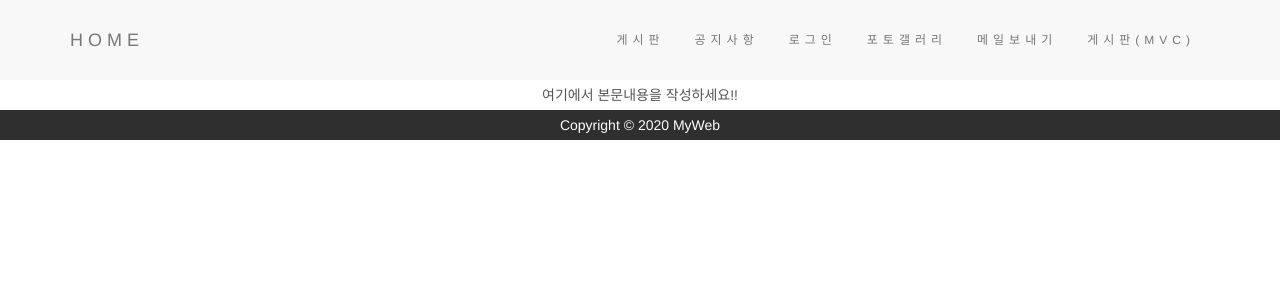
Repository: wlsgml0156/basicJava
Page: http://localhost/myweb/bbs2/bbsList.jsp
These files come from the project's save history. The page is drawn as it stood at one moment and after the next save; the edit follows.
The browser window is 1280 px wide. The pictures show the whole page.
The page is served by Tomcat 9. Other server files are loaded and not shown.

Above is the page before, as saved 2020-02-03 01:52:14.

### myweb/WebContent/bbs2/bbsList.jsp
<%@ page contentType="text/html; charset=UTF-8"%>
<%@ include file="../header.jsp"%>
<!-- 본문시작 -->
   여기에서 본문내용을 작성하세요!!
<!-- 본문끝 -->
<%@ include file="../footer.jsp"%>

### myweb/WebContent/header.jsp
<%@ page contentType="text/html; charset=UTF-8"%>
<%@ taglib prefix="c"  uri="http://java.sun.com/jsp/jstl/core"%>
<%@ taglib prefix="fn" uri="http://java.sun.com/jsp/jstl/functions"%>
<!DOCTYPE html>
<html lang="ko">
<head>
  <title>My Web</title>
  <meta charset="utf-8">
  <meta name="viewport" content="width=device-width, initial-scale=1">
  <link rel="stylesheet" href="https://maxcdn.bootstrapcdn.com/bootstrap/3.4.1/css/bootstrap.min.css">
  <link href="https://fonts.googleapis.com/css?family=Montserrat" rel="stylesheet">
  <script src="https://ajax.googleapis.com/ajax/libs/jquery/3.4.1/jquery.min.js"></script>
  <script src="https://maxcdn.bootstrapcdn.com/bootstrap/3.4.1/js/bootstrap.min.js"></script>

  <!-- CSS, JS import -->
  <link rel="stylesheet" href="../css/mystyle.css">
  <script src="../js/myscript.js"></script>

  <style>
  </style>
</head>
<body>

<!-- 메인카테고리 시작 -->
<nav class="navbar navbar-default">
  <div class="container">
    <div class="navbar-header">
      <button type="button" class="navbar-toggle" data-toggle="collapse" data-target="#myNavbar">
        <span class="icon-bar"></span>
        <span class="icon-bar"></span>
        <span class="icon-bar"></span>
      </button>
      <a class="navbar-brand" href="<%=request.getContextPath()%>/index.jsp">HOME</a>
    </div>
    <div class="collapse navbar-collapse" id="myNavbar">
      <ul class="nav navbar-nav navbar-right">
        <li><a href="../bbs/bbsList.jsp">게시판</a></li>
        <li><a href="../notice/noticeList.jsp">공지사항</a></li>
        <li><a href="../member/loginForm.jsp">로그인</a></li>
        <li><a href="../pds/pdsList.jsp">포토갤러리</a></li>
        <li><a href="../mail/mailForm.jsp">메일보내기</a></li>
        <li><a href="../bbs2/bbslist.do">게시판(MVC)</a></li>
      </ul>
    </div>
  </div>
</nav>
<!-- 메인카테고리 끝 -->

<!-- container 시작 -->
<div class="container-fluid bg-3 text-center">
  <div class="row">
    <div class="col-sm-12">

### myweb/WebContent/footer.jsp
<%@ page contentType="text/html; charset=UTF-8"%>

    </div>
  </div>
</div>
<!-- container 끝 -->

<!-- Footer -->
<footer class="container-fluid bg-4 text-center">
  Copyright &copy; 2020 MyWeb
</footer>

</body>
</html>

### myweb/WebContent/css/mystyle.css
/* mystyle.css */
/* 한글인코딩 utf-8 */

body{
      background-color:white;
      margin:0;         /*바깥쪽 여백*/
	  padding:0;        /*안쪽 여백*/
	  color:black;
	  line-height:10px; /*줄간격*/
    }
img  {border:0;}
table{border:0;}

.line{border:1px solid black;}

#myLayer {width:200px;
          height:200px;
		  background:yellow;}

p {font-size: 16px;}

.margin {margin-bottom: 45px;}

.bg-1 {
  background-color: #1abc9c; /* Green */
  color: #ffffff;
}
.bg-2 {
  background-color: red; /* Dark Blue */
  color: #ffffff;
}
.bg-3 {
  background-color: #ffffff; /* White */
  color: #555555;
}
.bg-4 {
  background-color: #2f2f2f; /* Black Gray */
  color: #fff;
}
.container-fluid {
  padding-top: 10px;
  padding-bottom: 10px;
}
.navbar {
  padding-top: 15px;
  padding-bottom: 15px;
  border: 0;
  border-radius: 0;
  margin-bottom: 0;
  font-size: 12px;
  letter-spacing: 5px;
}
.navbar-nav  li a:hover {
  color: #1abc9c !important;
}

### myweb/WebContent/js/myscript.js
/* myscript.js */
/* charset=utf-8 */

function bbsCheck(f){
  //this 자기자신
  //f = <form name=bbsfrm></form>이 대입

  //게시판 유효성검사
  //1) 작성자 2글자이상 입력
  var wname=f.wname.value;
  wname=wname.trim();
  if(wname.length<2){
	alert("작성자 2글자이상 입력해 주세요");
	f.wname.focus();//커서생성
	return false;
  }//if end

  //2) 제목 2글자이상 입력(과제)
  //3) 내용 2글자이상 입력(과제)

  //4) 비밀번호 4글자이상 입력
  var passwd=f.passwd.value;
  passwd=passwd.trim();
  if(passwd.length<4){
	alert("비밀번호 4글자이상 입력해 주세요");
	f.passwd.focus();
	return false;
  }//if end

  //onsubmit이벤트에서 서버로 전송
  return true;

}//bbsCheck() end


function pwCheck(f) {
  //비밀번호가 4글자 이상 입력되었는지 검사
  var passwd=f.passwd.value;
  passwd=passwd.trim();
  if(passwd.length<4){
	alert("비밀번호 4글자이상 입력해 주세요");
	f.passwd.focus();
	return false;
  }//if end

  var message="진행된 내용은 복구되지 않습니다\n계속 진행할까요?";
  if(confirm(message)){//확인 true, 취소 false
    return true;
  }else{
    return false;
  }//if end

}//pwCheck() end


function searchCheck(f) {
  //검색어(word)를 입력해야만 서버로 전송
  var word=f.word.value;
  word=word.trim();
  if(word.length==0){
	alert("검색어를 입력하세요");
	return false;//서버 전송 불가
  }//if end
  return true;     //서버로 전송
}//searchCheck() end


function loginCheck(f) {  //과제
	//로그인 유효성 검사
	//1) 아이디 5~10글자 이내

	//2) 비밀번호 5~10글자 이내

	return true;

}//loginCheck() end


function idcheck() {
	//아이디 중복확인

	//새창만들기(팝업)
	//window.open("파일명", "새창이름","다양한옵션들")
	window.open("idCheckFrom.jsp", "idwin", "width=400, height=350");

}//idCheck() end


function emailCheck() { //과제

}//emailCheck() end


function memberCheck(f){ //과제
  //회원가입 유효성 검사
  //1)아이디 5~10글자 이내인지?
  //2)비밀번호 5~10글자 이내인지?
  //3)비밀번호와 비밀번호확인이 서로 일치하는지?
  //4)이름 2~20글자 이내인지?
  //5)이메일에 @문자가 있는지?

  //6)직업을 선택했는지?
  var job=f.job.value;
  if(job=="0"){
	alert("직업 선택해 주세요");
	return false;
  }//if end

  return true;//유효성 검사를 모두 통과했으므로
              //memberProc.jsp로 전송됨

}//memberCheck() end


function pdsCheck(f) { //과제
  //포토 갤러리 유효성 검사
  //1)이름
  //2)제목
  //3)비밀번호는 4~15글자 이내인지?

  //4)첨부파일
  var filename=f.filename.value;
  filename=filename.trim();
  if(filename.length==0){
	alert("첨부파일 선택해 주세요");
	return false;
  }else{
	//마지막 . 의 순서값을 가져오기
	var dot=filename.lastIndexOf(".");
	if(dot==-1){//.기호가 없다면
	  alert("첨부파일 다시 선택해 주세요");
	  return false;
	}else{
	  //마지막 .기호 이후 문자열만 자르기
	  var ext=filename.substr(dot+1);
	  //전부 소문자로 치환
	  ext=ext.toLowerCase();
	  if(ext=="png" || ext=="jpg" || ext=="gif"){
		return true;
	  }else{
		alert("이미지 파일만 가능합니다!!");
		return false;
	  }//if end
	}//if end
  }//if end

}//pdsCheck() end

After the next save:
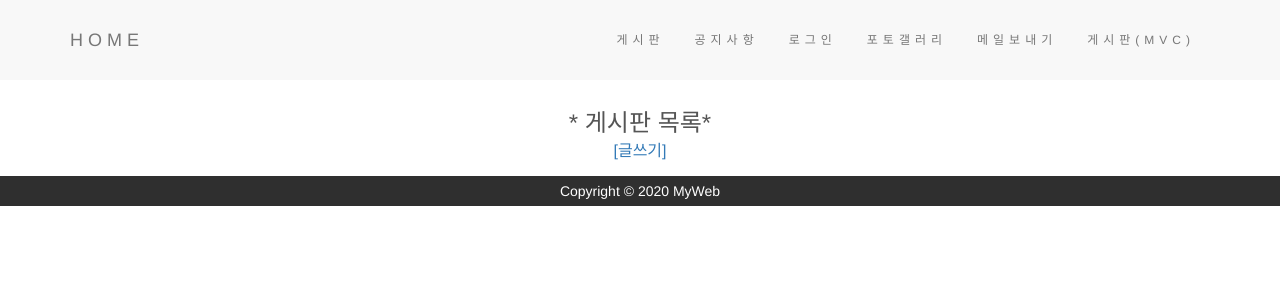
Saved 91 s later.
--- a/myweb/WebContent/bbs2/bbsList.jsp
+++ b/myweb/WebContent/bbs2/bbsList.jsp
@@ -1,6 +1,9 @@
 <%@ page contentType="text/html; charset=UTF-8"%>
 <%@ include file="../header.jsp"%>
-<!-- 본문시작 -->
-   여기에서 본문내용을 작성하세요!!
+<!-- 본문시작 bbsList.jsp -->
+<h3>* 게시판 목록*</h3>
+<p><a href="bbsform.do">[글쓰기]</a></p>
+
+
 <!-- 본문끝 -->
 <%@ include file="../footer.jsp"%>
